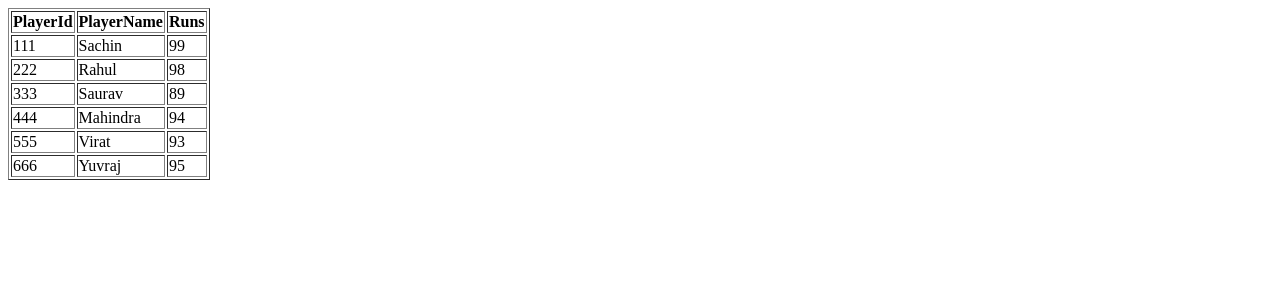
Repository: Gramastha/backup
Page: javascript/JavaScript-Assignment/Q9.html
An editor plug-in stored every save of this project. The page is shown before and after the next save, followed by the edit.
The browser window is 1280 px wide. The pictures show the whole page.

Above is the page before, as saved 2017-01-06 09:16:27.

After the next save:
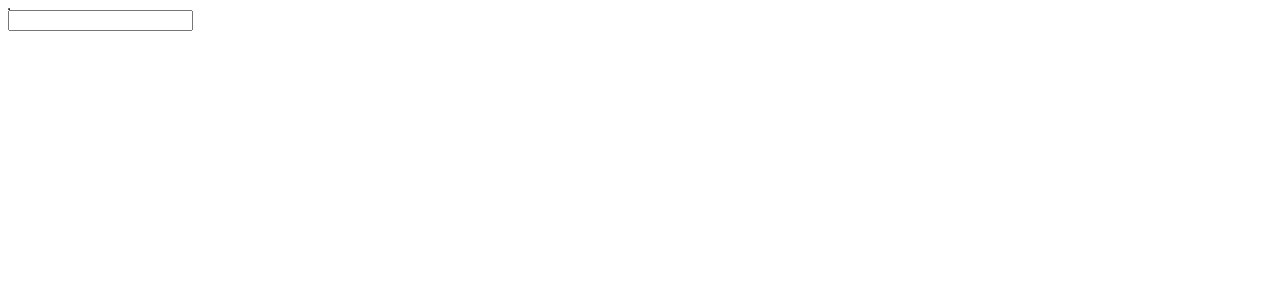
Console error: SyntaxError: Unexpected token '{'
Saved 4 min 33 s later.
--- a/javascript/JavaScript-Assignment/Q9.html
+++ b/javascript/JavaScript-Assignment/Q9.html
@@ -10,17 +10,12 @@
 		{		id: 444,		name: "Mahindra",		runs: 94		},
 		{		id: 555,		name: "Virat",		runs: 93		},
 		{		id: 666,		name: "Yuvraj",		runs: 95		}];
- // a.forEach(function(v,i,arr){
- 	// console.log("object-"+i)
- 	// for(o in v){
- 		// console.log(o+" : "+v[o])
- 	// }
- // });
+ // a.forEach(function(v,i,arr){ console.log("object-"+i) for(o in v){ console.log(o+" : "+v[o]) } });
  window.onload= function(){
  	var str= "";
  	a.forEach(function(v,i,arr){
  		str+= "<tr>";
- 	//console.log("object-"+i)
+
  	for(o in v){
  		str+="<td>"+v[o]+"</td>";
  	 	}
@@ -30,11 +25,24 @@
  											+str
 
  };
+ fun(min){
+ 	var str= "";
+ 	a.forEach(function(v,i,arr){
+ 		str+= "<tr>";
+ 	if(v["runs"]>=min){
+ 	for(o in v){
+ 		str+="<td>"+v[o]+"</td>";
+ 	 	}
+ 	 	str+="</tr>"
+ 	 }
+ });
+ }
 	</script>
 </head>
 <body>
 	<table border="1" id="t1">
 
 	</table>
+	<input type="text" id="tbox" onfocusout=""/>
 </body>
 </html>

After the 3 saves that followed:
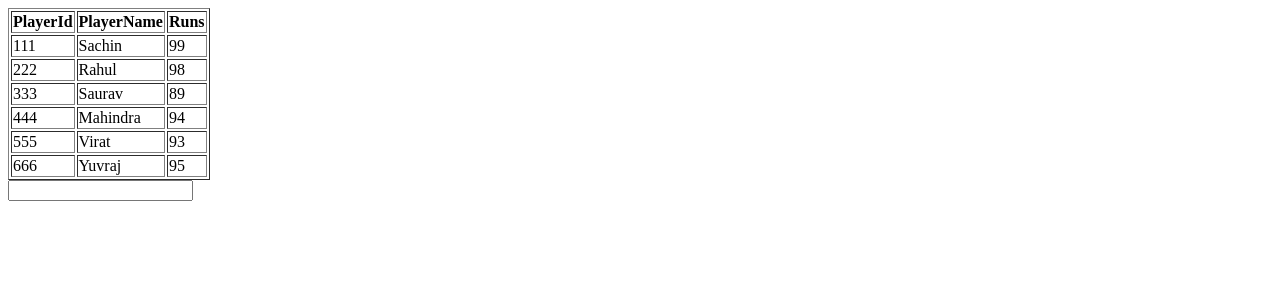
The error is gone.
The 3 saves are shown as one change because 2 left the picture as it was.
The last was saved 98 s later.
--- a/javascript/JavaScript-Assignment/Q9.html
+++ b/javascript/JavaScript-Assignment/Q9.html
@@ -19,24 +19,13 @@
  	for(o in v){
  		str+="<td>"+v[o]+"</td>";
  	 	}
- 	 	str+="</tr>"
+ 	 	str+="</tr>";
  });
  	document.querySelector("#t1").innerHTML="<tr><th><b>PlayerId</b></th><th><b>PlayerName</b></th><th><b>Runs</b></th></tr>"
- 											+str
+ 											+str;
 
  };
- fun(min){
- 	var str= "";
- 	a.forEach(function(v,i,arr){
- 		str+= "<tr>";
- 	if(v["runs"]>=min){
- 	for(o in v){
- 		str+="<td>"+v[o]+"</td>";
- 	 	}
- 	 	str+="</tr>"
- 	 }
- });
- }
+
 	</script>
 </head>
 <body>
